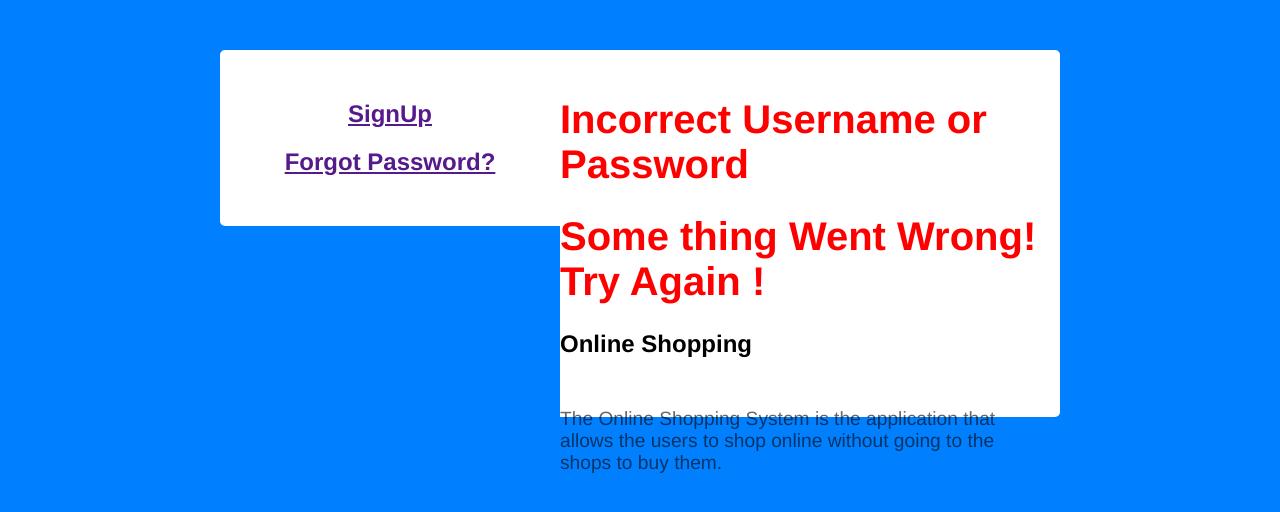
Repository: Dineshbabu290904/DigiMart
Page: http://localhost/ShoppingCart/login.jsp
The author's editor kept a copy of each file at every save. The page is drawn from the files as they stood at one save, then again after the next save.
The browser window is 1280 px wide. The pictures show the whole page.
The page is served by Tomcat 9.

Above is the page before, as saved 2024-10-12 10:18:19.

After the next save:
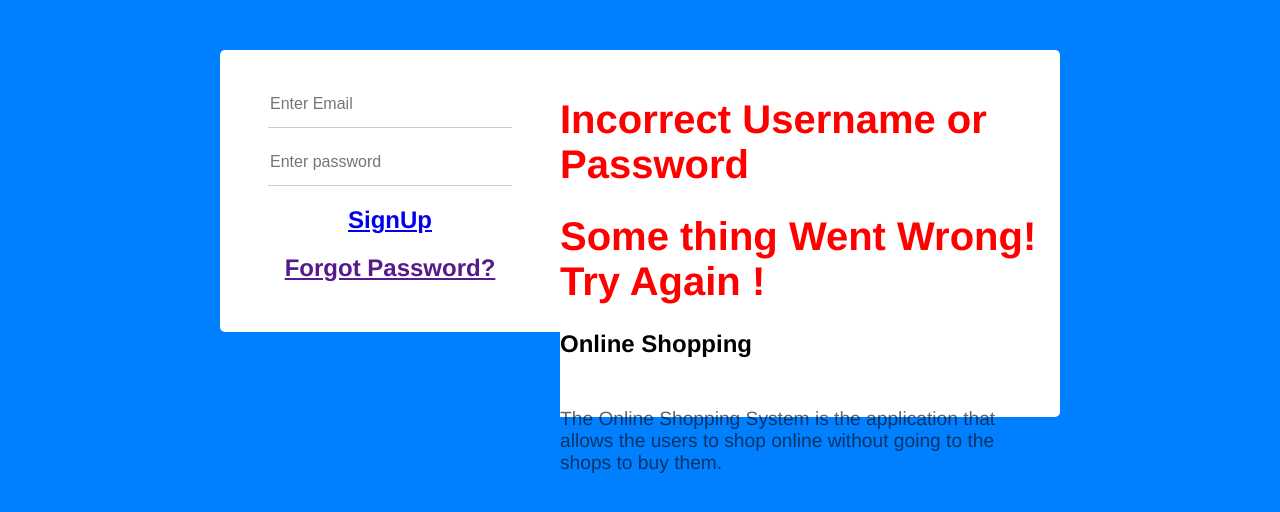
Saved 3 min 15 s later.
--- a/ShoppingCart/src/main/webapp/login.jsp
+++ b/ShoppingCart/src/main/webapp/login.jsp
@@ -8,8 +8,11 @@
 <body>
 <div id='container'>
   <div class='signup'>
-
-      <h2><a href="">SignUp</a></h2>
+     <form action="" method="post">
+     	<input type="email" name="email" placeholder="Enter Email" required>
+     	<input type="password" name="password" placeholder="Enter password" required>
+     </form>
+      <h2><a href="signup.jsp">SignUp</a></h2>
        <h2><a href="">Forgot Password?</a></h2>
   </div>
   <div class='whysignLogin'>
